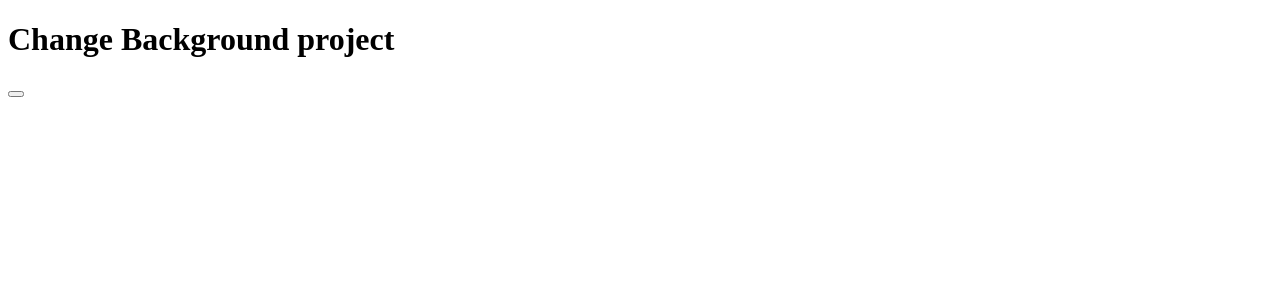
Repository: NiutaR/changeColors-dom
Page: ChangeBackground/index.html
These files come from the project's save history. The page is drawn as it stood at one moment and after the next save; the edit follows.
The browser window is 1280 px wide. The pictures show the whole page.

Above is the page before, as saved 2021-07-20 15:04:59.
Console error: SyntaxError: Unexpected token '<'

After the next save:
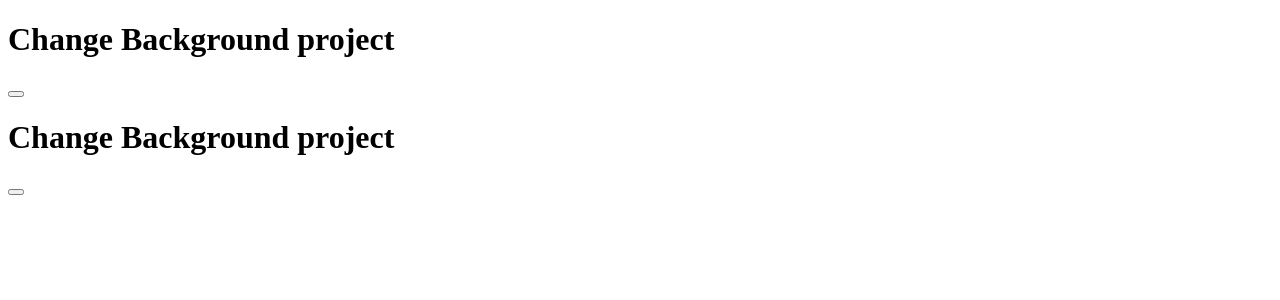
Saved 16 s later.
--- a/ChangeBackground/index.html
+++ b/ChangeBackground/index.html
@@ -7,7 +7,9 @@
     <title>Document</title>
 </head>
 <body>
-
+    <h1 id="title">Change Background project</h1>
+    <button id="btn"></button>
+    <script src="index.html"></script>
 </body>
 </html>
 <!DOCTYPE html>

After the save that followed:
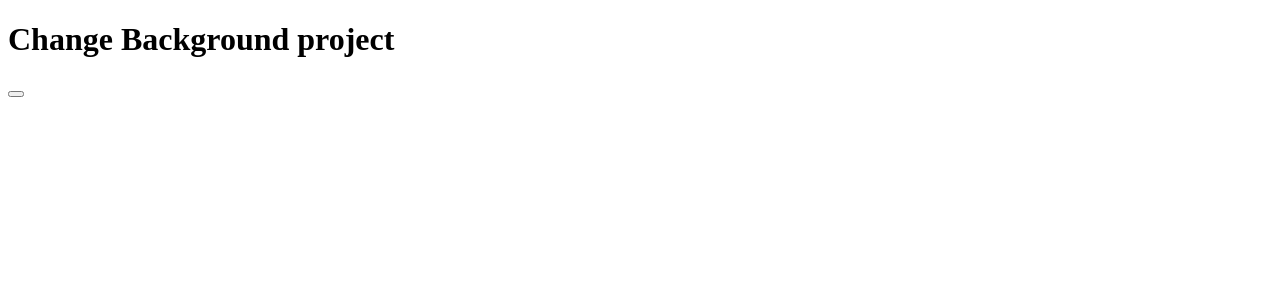
Saved 4 s later.
--- a/ChangeBackground/index.html
+++ b/ChangeBackground/index.html
@@ -12,17 +12,3 @@
     <script src="index.html"></script>
 </body>
 </html>
-<!DOCTYPE html>
-<html lang="en">
-<head>
-    <meta charset="UTF-8">
-    <meta http-equiv="X-UA-Compatible" content="IE=edge">
-    <meta name="viewport" content="width=device-width, initial-scale=1.0">
-    <title>Change Background project</title>
-</head>
-<body>
-    <h1 id="title">Change Background project</h1>
-    <button id="btn"></button>
-    <script src="index.html"></script>
-</body>
-</html>
